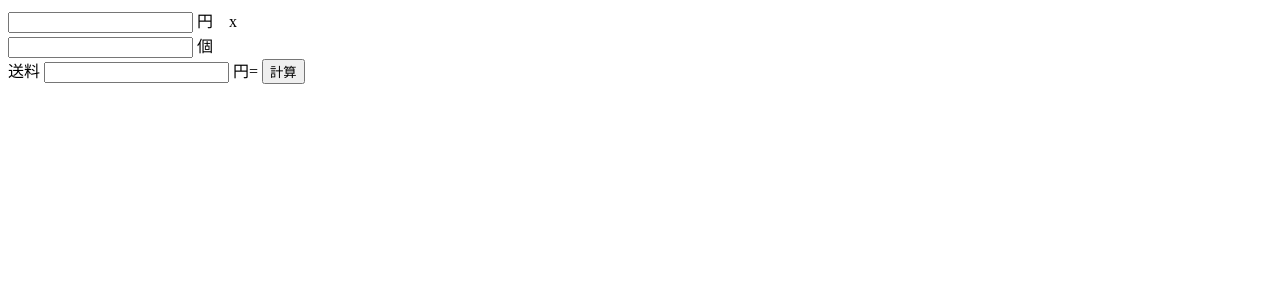
Repository: ishioka-1129/test
Page: http://localhost/HelloJSP/
The author's editor kept a copy of each file at every save. The page is drawn from the files as they stood at one save, then again after the next save.
The browser window is 1280 px wide. The pictures show the whole page.
The page is served by Tomcat 9.

Above is the page before, as saved 2018-05-30 04:35:32.

After the next save:
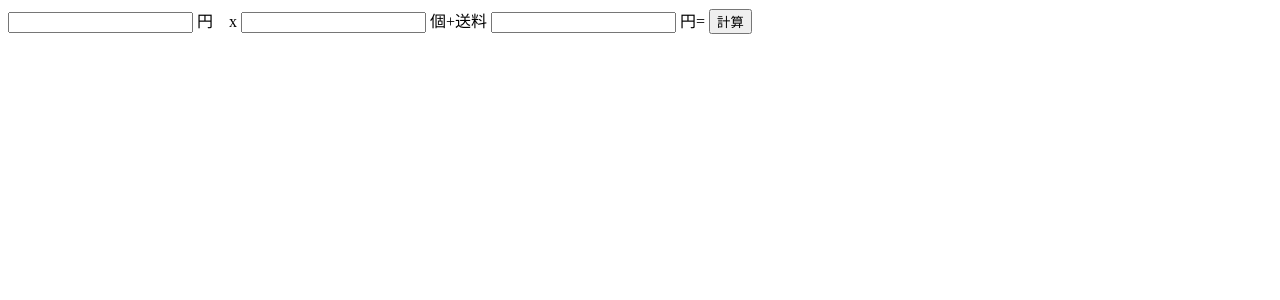
Saved 41 s later.
--- a/HelloJSP/WebContent/index.jsp
+++ b/HelloJSP/WebContent/index.jsp
@@ -9,9 +9,9 @@
 <body>
 <form method="post" action="total-out.jsp">
 <input type="text"name="price">
-円　x<br>
+円　x
 <input type="text"name="count">
-個<br>送料
+個+送料
 <input type="text"name="delivery">
 円=
 <input type="submit"value="計算">
